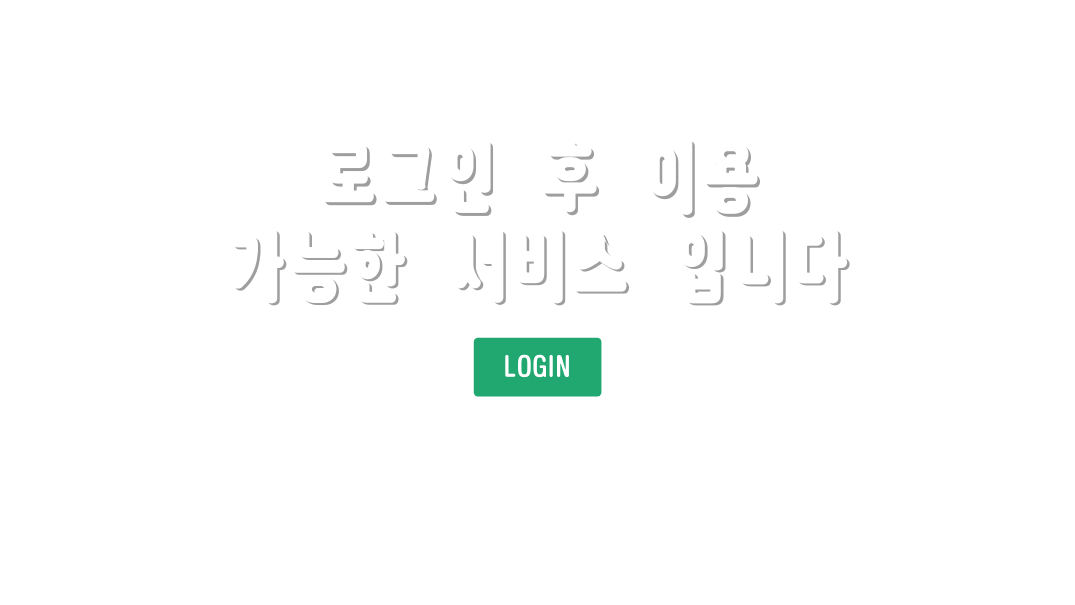
Repository: se-yoo/ChangeSeat
Page: http://localhost/ChangeSeat/infoNotMember.jsp
These files come from the project's save history. The page is drawn as it stood at one moment and after the next save; the edit follows.
The browser window is 1280 px wide. The pictures show the whole page, at 84% of full size.
The page is served by Tomcat 9.

Above is the page before, as saved 2018-06-26 02:53:30.

After the next save:
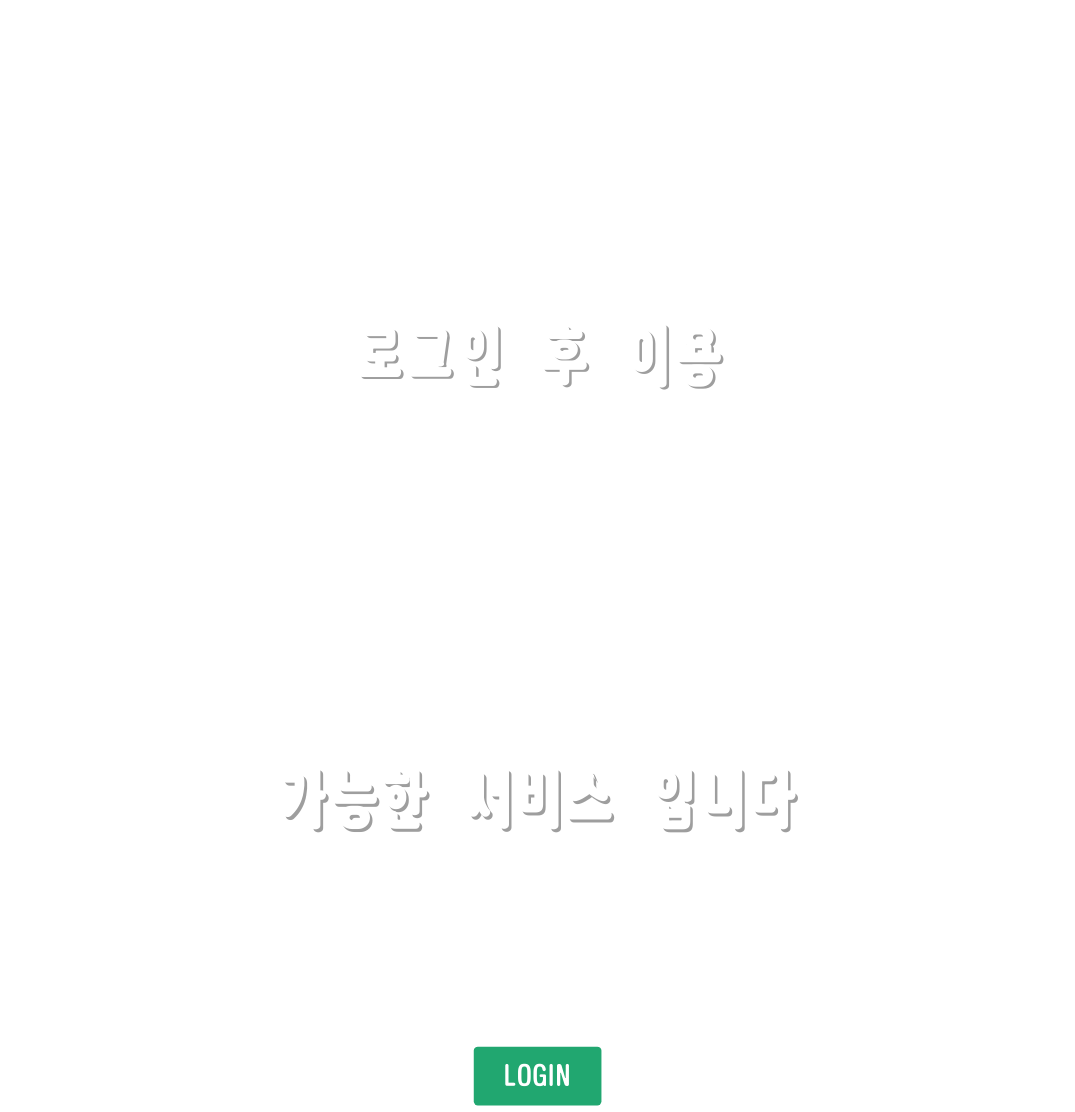
Saved 52 s later.
--- a/ChangeSeat/WebContent/infoNotMember.jsp
+++ b/ChangeSeat/WebContent/infoNotMember.jsp
@@ -8,6 +8,6 @@
  <link rel="stylesheet" href="changeIndexStyle.css">
 </head>
 <body>
-	<h2 class="header" style="font-size:6em;">로그인 후 이용<br>가능한 서비스 입니다</h2>
+	<h2 class="header" style="font-size:5em;line-height:6em;">로그인 후 이용<br>가능한 서비스 입니다</h2>
 	<a href="login.jsp"><button>LOGIN</button></a>
 </body>
